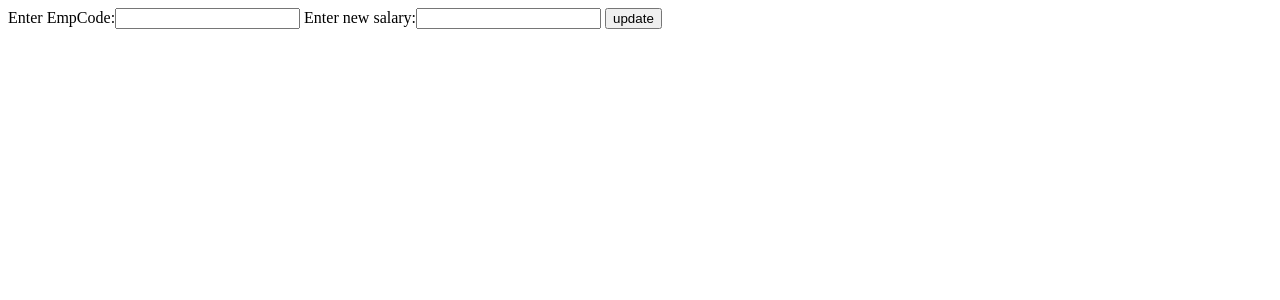
Repository: Susritha/workspace
Page: http://localhost/Jdbc/UpdateEmp.jsp
These files come from the project's save history. The page is drawn as it stood at one moment and after the next save; the edit follows.
The browser window is 1280 px wide. The pictures show the whole page.
The page is served by Tomcat 9. Other server files are loaded and not shown.

Above is the page before, as saved 2015-08-11 11:51:00.

### Jdbc/WebContent/UpdateEmp.jsp
<%@ page language="java" contentType="text/html; charset=ISO-8859-1"
    pageEncoding="ISO-8859-1"%>
<!DOCTYPE html PUBLIC "-//W3C//DTD HTML 4.01 Transitional//EN" "http://www.w3.org/TR/html4/loose.dtd">
<html>
<head>
<meta http-equiv="Content-Type" content="text/html; charset=ISO-8859-1">
<title>Insert title here</title>
</head>
<body>
<form>
Enter EmpCode:<input type="text" name="empcode">
Enter new salary:<input type="text" name="nsalary">
<input type="submit" value="update">


</form>

</body>
</html>

After the next save:
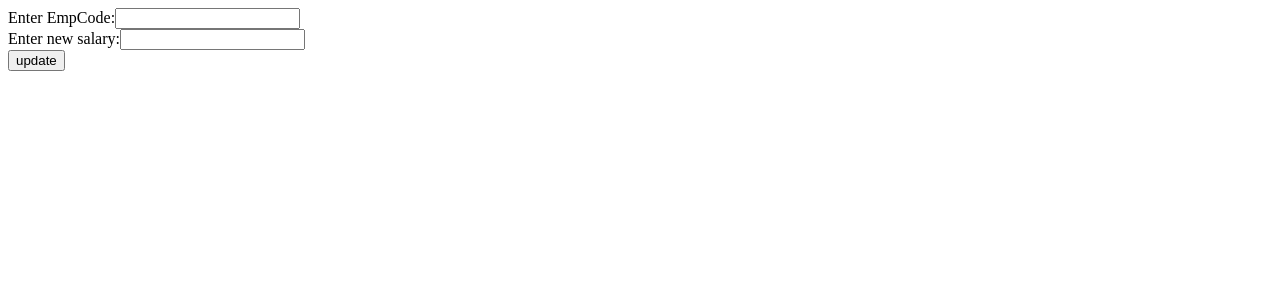
Saved 22 s later.
--- a/Jdbc/WebContent/UpdateEmp.jsp
+++ b/Jdbc/WebContent/UpdateEmp.jsp
@@ -8,9 +8,9 @@
 </head>
 <body>
 <form>
-Enter EmpCode:<input type="text" name="empcode">
-Enter new salary:<input type="text" name="nsalary">
-<input type="submit" value="update">
+Enter EmpCode:<input type="text" name="empcode"/><br>
+Enter new salary:<input type="text" name="nsalary"/><br>
+<input type="submit" value="update"/>
 
 
 </form>
